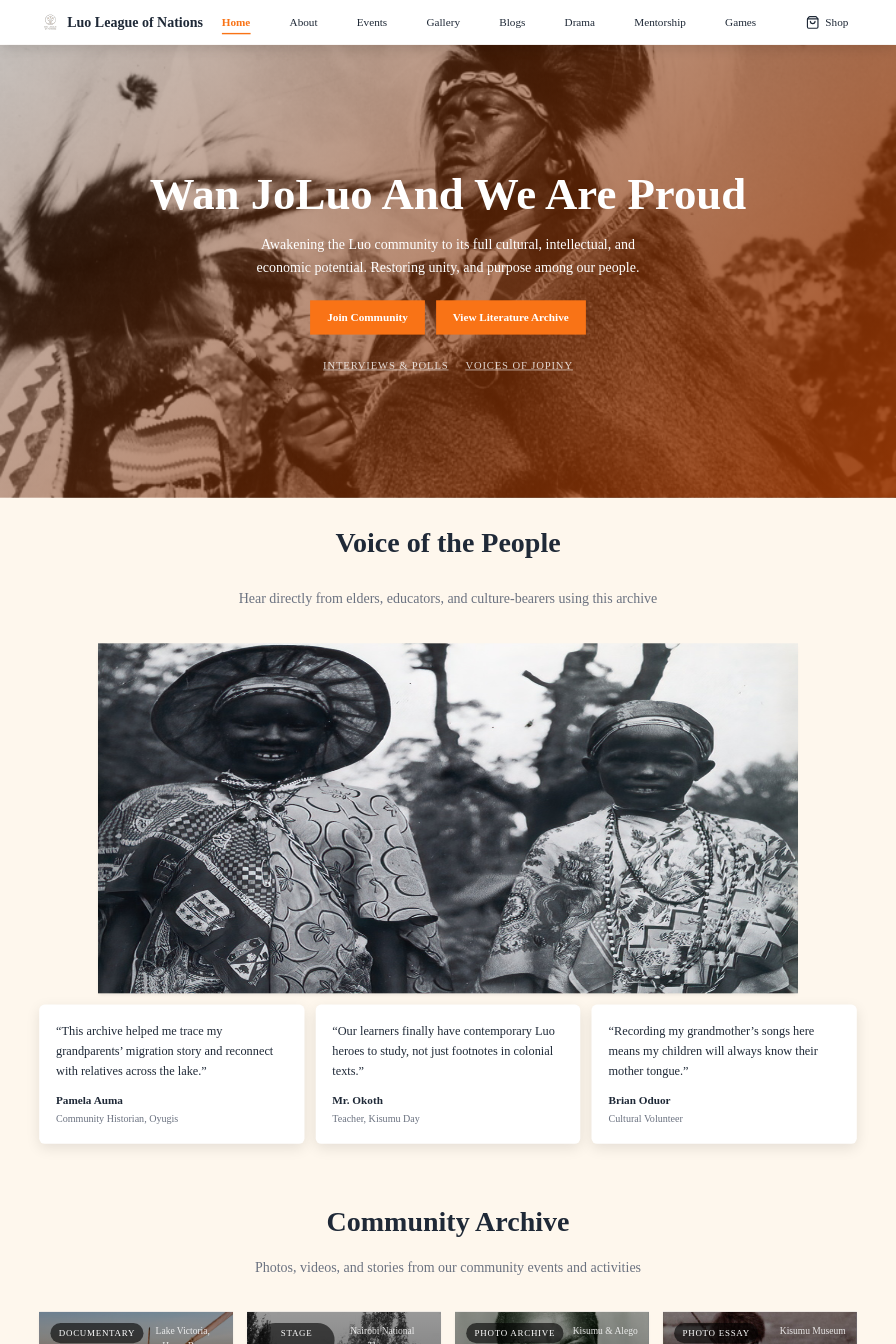
Repository: ianfranko/luo-community-history
Page: /
An editor plug-in stored every save of this project. The page is shown before and after the next save, followed by the edit.
The browser window is 1280 px wide. The pictures show the part of the page from y = 0 to 1920 px (the page is 3999 px tall before and 4015 px after), at 70% of full size.
The project was rebuilt for these pictures with package versions that can differ from the ones it lists, and the page was loaded fresh each time. The framework's server and built-in components were replaced by stand-ins that run in the browser. Also part of the build but not shown: next.config.ts.

Above is the page before, as saved 2025-11-23 07:20:52.

### src/app/layout.tsx
import type { Metadata } from "next";
import { Geist, Geist_Mono } from "next/font/google";
import "./globals.css";
import Layout from "@/components/Layout";

const geistSans = Geist({
  variable: "--font-geist-sans",
  subsets: ["latin"],
});

const geistMono = Geist_Mono({
  variable: "--font-geist-mono",
  subsets: ["latin"],
});

export const metadata: Metadata = {
  title: "Luo League of Nations",
  description: "Preserving and sharing the rich cultural heritage and history of the Luo people",
  icons: {
    icon: "/LLNLOGO.svg",
    shortcut: "/LLNLOGO.svg",
    apple: "/LLNLOGO.svg",
  },
};

export default function RootLayout({
  children,
}: Readonly<{
  children: React.ReactNode;
}>) {
  return (
    <html lang="en">
      <body
        className={`${geistSans.variable} ${geistMono.variable} antialiased`}
      >
        <Layout>{children}</Layout>
      </body>
    </html>
  );
}

### src/app/page.tsx
'Use client';
import Image from 'next/image'
import Link from 'next/link'
import { ArrowRight } from 'lucide-react'

export default function Home() {
  const galleryItems = [
    {
      image: '/Fishermen-on-Lake-Victoria-in-Uganda.webp',
      title: 'Documentary Films',
      description: 'Explore the fascinating history of the Luo community, from ancient traditions to modern developments.',
      alt: 'Luo fishermen casting their nets on Lake Victoria at sunrise',
      category: 'Heritage Films',
      location: 'Lake Victoria, Homa Bay',
      year: '1962 archive',
      mediaType: 'Documentary',
      ctaLabel: 'Watch Film',
      href: '/Gallery'
    },
    {
      image: '/hero.jpeg',
      title: 'Plays and Theatre',
      description: 'Discover the unique cultural practices, traditions, and values that define the Luo community.',
      alt: 'Actors performing a traditional Luo play on stage',
      category: 'Performance Arts',
      location: 'Nairobi National Theatre',
      year: '1978 revival',
      mediaType: 'Stage Play',
      ctaLabel: 'View Script',
      href: '/culture'
    },
    {
      image: '/Kodhek Argwins.png',
      title: 'Notable People',
      description: 'Learn about influential Luo leaders, elders, and community members who shaped our history.',
      alt: 'Archival portrait of Argwings Kodhek',
      category: 'Community Voices',
      location: 'Kisumu & Alego',
      year: '1960s oral records',
      mediaType: 'Photo Archive',
      ctaLabel: 'View Profile',
      href: '/people'
    },
    {
      image: '/Guerrier_Luo.jpeg',
      title: 'Historical Places',
      description: 'Visit significant locations and landmarks that hold cultural and historical importance.',
      alt: 'Historic Luo warrior statue in Kisumu museum',
      category: 'Sites & Landmarks',
      location: 'Kisumu Museum',
      year: '1930s exhibit',
      mediaType: 'Photo Essay',
      ctaLabel: 'Explore Site',
      href: '/places'
    },

  ]

  const galleryThemes = ['All', ...new Set(galleryItems.map((item) => item.category))]

  const stats = [
    { number: '200+', label: 'Historical Articles' },
    { number: '100+', label: 'Cultural Stories' },
    { number: '20+', label: 'Documentaries' },
    { number: '25+', label: 'Historical Places' }
  ]

  const sectionLinks = [
    { href: '#gallery', label: 'Interviews & Polls' },
    { href: '#stories', label: 'Voices of Jopiny' },
  ]

  const valueProps = [
    {
      title: 'Archive Access',
      description: 'Digitised oral histories, ceremonies, and timelines ready to explore.',

    },
    {
      title: 'Community Voices',
      description: 'Stories curated with elders, scholars, and youth leaders.',

    },
    {
      title: 'Living Culture',
      description: 'Guides on language, music, crafts, and celebrations to keep traditions alive.',

    }
  ]

  const featuredStories = [
    {
      title: 'The Origins of Luo Migration',
      description: 'Explore the fascinating journey of the Luo people and their settlement patterns across East Africa.',
      href: '/culture',
      image: '/657152Ew0bLSIn.jpg',
      era: '15th Century',
      region: 'Lake Victoria Basin',
      format: 'Longform'
    },
    {
      title: 'Traditional Luo Ceremonies',
      description: 'Learn about the rich ceremonial traditions that mark important life events in Luo culture.',
      href: '/culture',
      image: '/Fishermen-on-Lake-Victoria-in-Uganda.webp',
      era: 'Generational',
      region: 'Siaya & Migori',
      format: 'Photo Essay'
    },
    {
      title: 'JoAlego',
      description: 'Discover the rich culture of the JoAlego, and their journey to their current settlement.',
      href: '/people',
      image: '/Kenia-Lake_Victoria-Fischer.webp',
      era: '20th Century',
      region: 'Alego-Kogelo',
      format: 'Audio + Transcript'
    }
  ]

  const testimonials = [
    {
      quote: 'This archive helped me trace my grandparents’ migration story and reconnect with relatives across the lake.',
      name: 'Pamela Auma',
      title: 'Community Historian, Oyugis'
    },
    {
      quote: 'Our learners finally have contemporary Luo heroes to study, not just footnotes in colonial texts.',
      name: 'Mr. Okoth',
      title: 'Teacher, Kisumu Day'
    },
    {
      quote: 'Recording my grandmother’s songs here means my children will always know their mother tongue.',
      name: 'Brian Oduor',
      title: 'Cultural Volunteer'
    }
  ]

  return (
    <>
      {/* Hero Section */}
      <section className="hero">
        <div className="container">
          <div className="hero-content text-center">
            <h1 className="text-4xl font-bold mb-6">
            Wan JoLuo And We Are Proud
            </h1>
            <p className="text-xl mb-8" style={{ maxWidth: '600px', margin: '0 auto 2rem' }}>
            Awakening the Luo community to its full cultural, intellectual, and economic potential. Restoring unity, and purpose among our people.
            </p>

            {/* CTA Buttons */}
            <div style={{ display: 'flex', gap: '1rem', justifyContent: 'center', flexWrap: 'wrap' }}>
              <Link href="/culture" className="btn btn-primary">
                Join Community
              </Link>
              <Link href="/Gallery" className="btn btn-primary">
                View Literature Archive
              </Link>
            </div>
            <nav style={{ marginTop: '2rem' }}>
              <ul style={{ display: 'flex', gap: '1.5rem', justifyContent: 'center', flexWrap: 'wrap', fontSize: '0.95rem', textTransform: 'uppercase', letterSpacing: '0.08em', listStyle: 'none', padding: 0 }}>
                {sectionLinks.map((link) => (
                  <li key={link.href}>
                    <a href={link.href} style={{ color: 'rgba(255,255,255,0.8)' }}>{link.label}</a>
                  </li>
                ))}
              </ul>
            </nav>
          </div>
        </div>
      </section>

      {/* Stats Section
      <section className="section bg-white" style={{ padding: '1rem 0' }}>
        <div className="container">
          <div className="stats-grid">
            {stats.map((stat, index) => (
              <div key={index} className="stat-item">
                <span className="stat-number">{stat.number}</span>
                <span className="stat-label">{stat.label}</span>
              </div>
            ))}
          </div>
        </div>
      </section>*/}
      <section
  id="voices"
  className="h-[80vh] flex flex-col items-center justify-start overflow-hidden pt-6"
>
  <div className="container py-4 max-w-6xl mx-auto flex flex-col h-full">

    {/* Title */}
    <h2 className="section-title py-4 text-center mb-1">Voice of the People</h2>

    {/* Subtitle */}
    <p className="section-subtitle text-center mb-4">
      Hear directly from elders, educators, and culture-bearers using this archive
    </p>

    {/* IMAGE (fixed height, always fits) */}
    <div className="flex justify-center max-h-[2vh] mb-4">
  <Image
    src="/luo_03.jpg"
    alt="Community Archive"
    width={1000}
    height={500}
    className="object-cover w-full max-w-2xl h-[80px] shadow"/>
</div>

    {/* TESTIMONIALS — auto-fill remaining space */}
    <div className="grid grid-cols-1 md:grid-cols-3 gap-4 flex-grow overflow-hidden">
      {testimonials.map((voice) => (
        <blockquote key={voice.name} className="testimonial-card overflow-hidden p-4">
          <p className="testimonial-quote text-sm">
            “{voice.quote}”
          </p>
          <div className="testimonial-author mt-2">
            <span className="author-name font-semibold">{voice.name}</span>
            <br />
            <span className="author-title text-xs">{voice.title}</span>
          </div>
        </blockquote>
      ))}
    </div>
  </div>
</section>


      {/* Gallery Section */}
      <section className="section" id="gallery">
        <div className="container">
          <h2 className="section-title">Community Archive</h2>
          <p className="section-subtitle">
            Photos, videos, and stories from our community events and activities
          </p>
          <div
            className="feature-grid"
            style={{
              gap: '1.25rem',
              gridTemplateColumns: 'repeat(auto-fit, minmax(220px, 1fr))'
            }}
          >
            {galleryItems.map((item, index) => (
              <article
                key={index}
                className="feature-card"
                style={{ padding: 0, overflow: 'hidden', maxWidth: '360px', margin: '0 auto' }}
              >
                <div
                  className="gallery-card-image"
                  style={{ position: 'relative', height: '200px', width: '100%' }}
                >
                  <Image
                    src={item.image}
                    alt={item.alt}
                    fill
                    sizes="(max-width: 768px) 100vw, (max-width: 1200px) 50vw, 33vw"
                    priority={index === 0}
                    style={{ objectFit: 'cover' }}
                  />
                  <div
                    style={{
                      position: 'absolute',
                      inset: 0,
                      display: 'flex',
                      justifyContent: 'space-between',
                      alignItems: 'flex-start',
                      padding: '1rem',
                      background:
                        'linear-gradient(180deg, rgba(0,0,0,0.4) 0%, rgba(0,0,0,0.55) 60%, rgba(0,0,0,0) 100%)'
                    }}
                  >
                    <span
                      style={{
                        padding: '0.25rem 0.75rem',
                        borderRadius: '999px',
                        backgroundColor: 'rgba(0,0,0,0.6)',
                        color: 'white',
                        fontSize: '0.8rem',
                        textTransform: 'uppercase',
                        letterSpacing: '0.08em'
                      }}
                    >
                      {item.mediaType}
                    </span>
                    <span style={{ color: 'rgba(255,255,255,0.85)', fontSize: '0.85rem' }}>
                      {item.location}
                    </span>
                  </div>
                </div>
                <div style={{ padding: '1.5rem' }}>
                  <div
                    style={{
                      display: 'flex',
                      flexWrap: 'wrap',
                      gap: '0.5rem',
                      fontSize: '0.85rem',
                      color: 'var(--muted)',
                      marginBottom: '0.5rem'
                    }}
                  >
                    <span>{item.category}</span>
                    <span>•</span>
                    <span>{item.year}</span>
                  </div>
                  <h3 className="feature-title" style={{ marginBottom: '0.35rem' }}>
                    {item.title}
                  </h3>
                  <p className="feature-description" style={{ marginBottom: '1rem' }}>
                    {item.description}
                  </p>
                  <Link
                    href={item.href}
                    className="btn btn-link"
                    style={{
                      display: 'inline-flex',
                      alignItems: 'center',
                      gap: '0.4rem',
                      padding: 0,
                      fontWeight: 600
                    }}
                    aria-label={`${item.ctaLabel} for ${item.title}`}
                  >
                    {item.ctaLabel}
                    <ArrowRight size={16} />
                  </Link>
                </div>
              </article>
            ))}
          </div>
          <div
            style={{
              marginTop: '2rem',
              display: 'flex',
              justifyContent: 'center',
              width: '100%'
            }}
          >
            <Link href="/Gallery" className="btn btn-outline" style={{ fontSize: '0.9rem' }}>
              Submit Your Story
              <ArrowRight size={16} />
            </Link>
          </div>
        </div>
      </section>
      {/* Featured Content Section */}
      <section className="section bg-white" id="stories">
        <div className="container">
          <h2 className="section-title">Featured Stories</h2>
          <p className="section-subtitle">
            Discover the most popular and recent additions to our community archive
          </p>

          <div className="grid grid-cols-1 md:grid-cols-3 gap-6">
            {featuredStories.map((story) => (
              <div className="card" key={story.title}>
                <div
                  style={{
                    position: 'relative',
                    height: '200px',
                    width: '100%',
                    borderRadius: '12px 12px 0 0',
                    overflow: 'hidden'
                  }}
                >
                  <Image
                    src={story.image}
                    alt={story.title}
                    fill
                    sizes="(max-width: 768px) 100vw, (max-width: 1200px) 50vw, 33vw"
                    style={{ objectFit: 'cover' }}
                  />
                  <div
                    style={{
                      position: 'absolute',
                      inset: 0,
                      background:
                        'linear-gradient(180deg, rgba(0,0,0,0.35) 0%, rgba(0,0,0,0.6) 100%)',
                      display: 'flex',
                      alignItems: 'flex-end',
                      justifyContent: 'flex-start',
                      padding: '1rem'
                    }}
                  >
                    <span style={{ color: 'white', fontSize: '0.85rem', letterSpacing: '0.08em' }}>{story.format}</span>
                  </div>
                </div>
                <div className="card-body">
                  <div style={{ display: 'flex', gap: '0.5rem', flexWrap: 'wrap', fontSize: '0.85rem', color: 'var(--muted)' }}>
                    <span>{story.era}</span>
                    <span>•</span>
                    <span>{story.region}</span>
                  </div>
                  <h3 className="card-title" style={{ marginTop: '0.5rem' }}>{story.title}</h3>
                  <p className="card-text">{story.description}</p>
                  <Link href={story.href} className="btn btn-primary" style={{ marginTop: '1rem' }}>
                    Read More
                    <ArrowRight size={16} />
                  </Link>
                </div>
              </div>
            ))}
          </div>
        </div>
      </section>

      {/* Call to Action Section */}
      <section className="section bg-gradient" style={{ color: 'white' }}>
        <div
          className="container"
          style={{
            display: 'grid',
            gap: '2rem',
            gridTemplateColumns: 'repeat(auto-fit, minmax(280px, 1fr))',
            alignItems: 'center'
          }}
        >
          <div>
            <p
              className="eyebrow"
              style={{
                color: 'rgba(255,255,255,0.85)',
                letterSpacing: '0.12em',
                textAlign: 'left'
              }}
            >
              Community Call
            </p>
            <h2 className="section-title" style={{ color: 'white', textAlign: 'left' }}>
              Be Part of Our Story
            </h2>
            <p
              className="section-subtitle"
              style={{
                color: 'rgba(255, 255, 255, 0.9)',
                textAlign: 'left',
                marginLeft: 0,
                marginRight: 0
              }}
            >
              Your support powers oral-history digitization, artifact curation, and hands-on workshops that keep Luo heritage accessible.
            </p>
            <div
              style={{
                display: 'flex',
                gap: '1rem',
                flexWrap: 'wrap',
                marginTop: '1.5rem'
              }}
            >
              <Link
                href="/culture"
                className="btn btn-primary"
                aria-label="Support Luo culture digitization"
                style={{ backgroundColor: 'white', color: '#111', borderColor: 'white' }}
              >
                Support Digitization
                <ArrowRight size={18} />
              </Link>
              <Link
                href="/about"
                className="btn btn-outline"
                aria-label="Learn more about our mission"
                style={{
                  borderColor: 'rgba(255,255,255,0.6)',
                  color: 'white',
                  backgroundColor: 'transparent'
                }}
              >
                Learn More
                <ArrowRight size={18} />
              </Link>
            </div>
            <span style={{ marginTop: '0.75rem', display: 'inline-block', color: 'rgba(255,255,255,0.85)' }}>
              Every contribution equips field teams with scanners, storage, and volunteer training.
            </span>
          </div>

          <div className="cta-card cta-card-gradient">
            <div className="cta-stat">4,200+</div>
            <p className="cta-label">Artifacts digitized with village archives</p>
            <p className="cta-body">Join 120+ volunteers safeguarding oral histories across Nyanza and beyond.</p>
          </div>
        </div>
      </section>
    </>
  )
}

Loaded but not shown: src/app/globals.css (928 lines, source omitted); src/components/Layout.tsx (231 lines, source omitted)

After the next save:
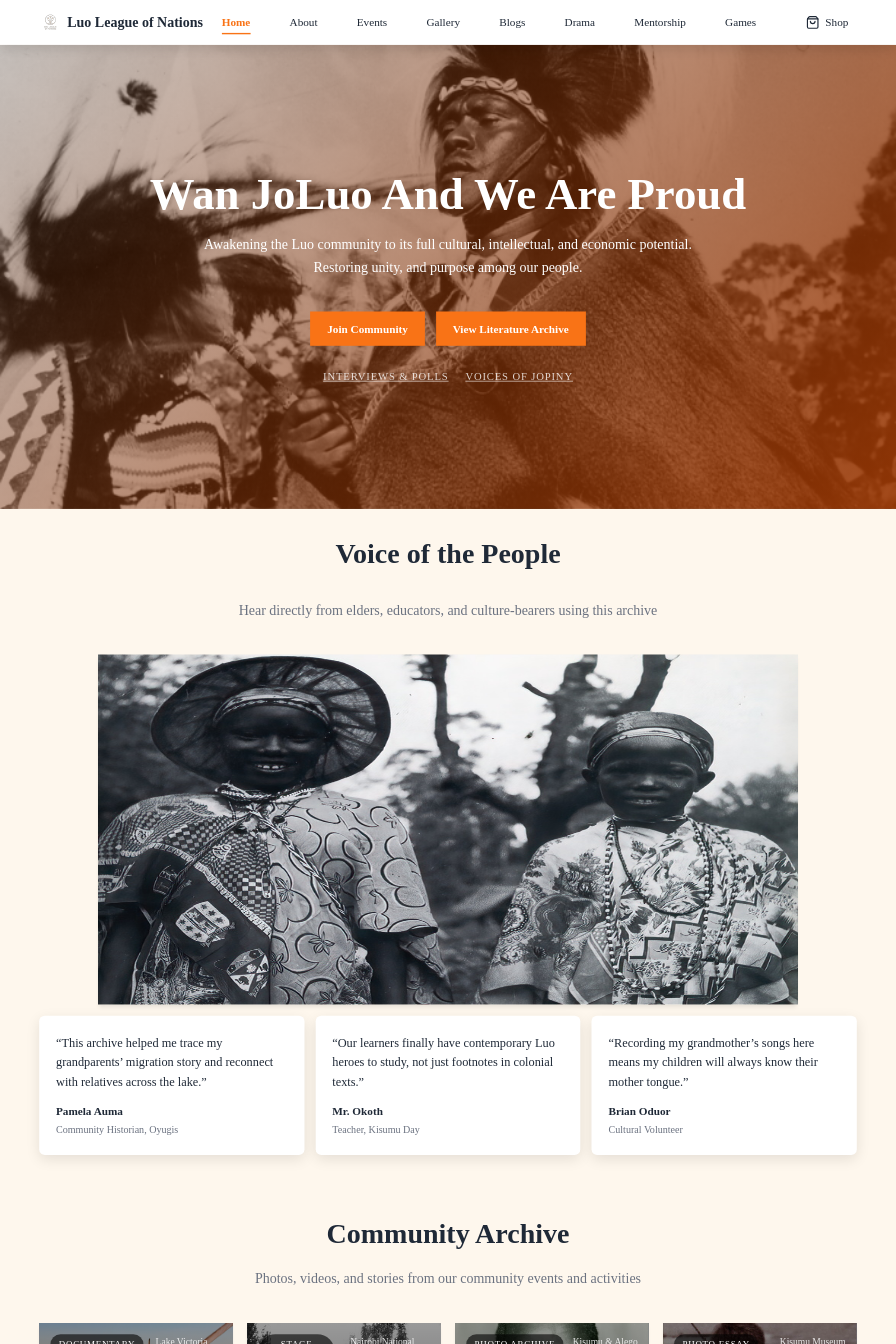
Saved 43 s later.
--- a/src/app/page.tsx
+++ b/src/app/page.tsx
@@ -142,10 +142,10 @@ export default function Home() {
       <section className="hero">
         <div className="container">
           <div className="hero-content text-center">
-            <h1 className="text-4xl font-bold mb-6">
+            <h1 className="text-5xl font-bold mb-6">
             Wan JoLuo And We Are Proud
             </h1>
-            <p className="text-xl mb-8" style={{ maxWidth: '600px', margin: '0 auto 2rem' }}>
+            <p className="text-xl mb-8" style={{ maxWidth: '700px', margin: '0 auto 3rem' }}>
             Awakening the Luo community to its full cultural, intellectual, and economic potential. Restoring unity, and purpose among our people.
             </p>
 
